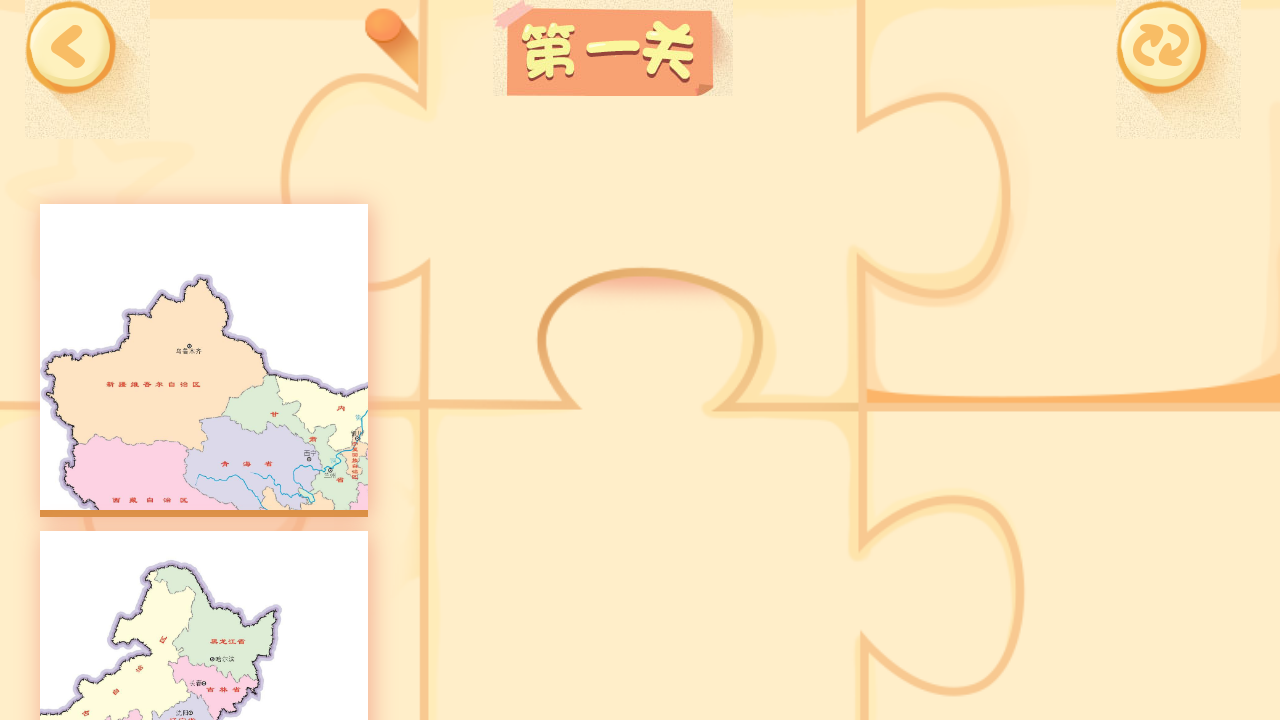
Repository: RedrockTeam/China-map-puzzle
Page: /#/first
The author's editor kept a copy of each file at every save. The page is drawn from the files as they stood at one save, then again after the next save.
The browser window is 1280 px wide. The pictures show the whole page.
Some web fonts or font styles are not loaded; a fallback is used. The project was rebuilt for these pictures with package versions that can differ from the ones it lists, and the page was loaded fresh each time. Also part of the build but not shown: vue.config.js, src/network/request.js, src/views/home.vue, src/views/pass.vue, src/components/dialog.vue.

Above is the page before, as saved 2019-09-24 23:22:42.

### public/index.html
<!DOCTYPE html>
<html lang="en">

<head>
  <meta charset="utf-8">
  <meta http-equiv="X-UA-Compatible" content="IE=edge">
  <meta name="viewport" content="width=device-width,initial-scale=1.0">
  <link rel="icon" href="<%= BASE_URL %>favicon.ico">
  <title>puzzle-game</title>
</head>

<body>
  <noscript>
    <strong>We're sorry but my doesn't work properly without JavaScript enabled. Please enable it to continue.</strong>
  </noscript>
  <div id="app"></div>
  <!-- built files will be auto injected -->


 </body>
</html>

### src/main.js
import Vue from 'vue'
import App from './App.vue'
import router from './router'
import store from './store'
// import ApiService from './common/service/api'

import './assets/styles/common.css'
import './assets/font/font.css'

// Vue.config.productionTip = false

// ApiService.init()

new Vue({
  router,
  store,
  render: h => h(App)
}).$mount('#app')

### src/App.vue
<template>
  <div>
    <router-view></router-view>
  </div>
</template>

<script>
export default {
  name: 'App',
  data() {
    return {};
  }
};
</script>
<style>
</style>

### src/router/index.js
import Vue from 'vue'
import Router from 'vue-router'
import Home from '../views/home.vue'
import Result from '../views/result.vue'
import Pass from '../views/pass.vue'
import Button from '../components/dialog.vue'
import First from '../views/first.vue'


Vue.use(Router)

export default new Router({
  routes: [{
    path: '/',
    redirect: '/home'
  },
  {
    path: '/home',
    name: 'home',
    component: Home,
  },
  {
    path: '/pass',
    name: 'pass',
    component: Pass,
  },
  {
    path: '/result',
    name: 'result',
    component: Result,
  },
  {
    path: '/button',
    name: 'button',
    component: Button,
  },
  {
    path: '/first',
    name: 'first',
    component: First
  }


  ]


})

### src/store/index.js
import Vue from 'vue'
import Vuex from 'vuex'
import {
  isContext
} from 'vm';

Vue.use(Vuex)

export default new Vuex.Store({
  state: {
    time: {
      minute: 0,
      second: 0,
      millisecond: 0,
      timecount: '00:00:00',
    },
  },
  mutations: {
    //开始
    start() {
      var that = this;
      //停止（暂停）
      clearInterval(time);
      //时间重置
      that.setData({
        minute: 0,
        second: 0,
        millisecond: 0,
      })
      time = setInterval(function () {
        that.timer()
      }, 50);
      time = () => {
        that.timer()
      }
    },
    //停止
    stop() {
      var that = this
      clearInterval(intt);
      that.setData({
        minute: 0,
        second: 0,
        millisecond: 0,
        timecount: '00:00:00',
      })
    },
    timer() {
      var that = this;
      console.log(that.data.millisecond)
      that.setData({
        millisecond: that.data.millisecond + 5
      })
      if (that.data.millisecond >= 100) {
        that.setData({
          millisecond: 0,
          second: that.data.second + 1
        })
      }
      if (that.data.second >= 60) {
        that.setData({
          second: 0,
          minute: that.data.minute + 1
        })
      }
      that.setData({
        timecount: that.data.minute + ":" + that.data.second + ":" + that.data.millisecond
      })
    },
  },
  actions: {
    // time = setInterval(function () {
    //   context.commit('time')
    // }, 50)
  }
})

### src/assets/styles/common.css
/* global */
* {
    margin: 0;
    padding: 0;
}

html {
    overflow-y: scroll;
    overflow-x: hidden;

}

html,
body {
    width: 100%;
}

a {
    text-decoration: none;
    text-align: center;
    cursor: pointer;
    color: black;
    outline: none;
}

a:hover {
    text-decoration: underline;
}

ul,
ol {
    list-style: none;
}

.clear {
    clear: both;
}

### src/assets/font/font.css
@font-face {
    font-family: "Tanuki";
    font-weight: normal;
    font-style: normal;
    src: url('./Tanuki.ttf') format('truetype');
}

@font-face {
    font-family: "Cotton";
    font-weight: normal;
    font-style: normal;
    src: url('./cotton.ttf') format('truetype');
}

### src/views/result.vue
<template>
  <div class="bg">
    <div class="head">
      <div class="back"></div>
      <div class="title"></div>
      <div class="front"></div>
    </div>

    <div class="contain">
      <div class="score">
        <div>
          <p>
            <span class="clock"></span>
            <span class="word">我的时间：</span>
          </p>
          <p>
            <i class="grade"></i>
            <span class="word">我的成绩：</span>
          </p>
        </div>
      </div>
      <div class="list">
        <p class="list_item first">
          <span class="icon"></span>
          <span class="nickname">这是我的昵称</span>
          <span class="time">10s</span>
        </p>
        <p class="list_item second">
          <span class="icon"></span>
          <span class="nickname">这是我的昵称</span>
          <span class="time">10s</span>
        </p>
        <p class="list_item third">
          <span class="icon"></span>
          <span class="nickname">这是我的昵称</span>
          <span class="time">10s</span>
        </p>
        <p class="list_item">
          <span class="normal">4</span>
          <span class="nickname">这是我的昵称</span>
          <span class="time">10s</span>
        </p>
        <p class="list_item">
          <span class="normal">4</span>
          <span class="nickname">这是我的昵称</span>
          <span class="time">10s</span>
        </p>
      </div>
    </div>
    <div class="line"></div>
  </div>
</template>

<style>
.bg {
  position: absolute;
  top: 0;
  left: 0;
  height: 100%;
  width: 100%;
  background: url("../assets/img/pass/background.png");
  background-size: cover;
}
.head {
  display: flex;
  margin-top: 60px;
  margin-left: 50px;
}

.back {
  background: url("../assets/img/ranking/back.png");
  width: 93px;
  height: 97px;
  background-size: cover;
  margin-right: 120px;
}
.title {
  background: url("../assets/img/ranking/ranking_title.png") no-repeat;
  width: 260px;
  height: 200px;
  background-size: 100%;
  margin-left: -40px;
}
.front {
  background: url("../assets/img/ranking/front.png");
  width: 93px;
  height: 97px;
  background-size: cover;
  margin-left: 80px;
}

.contain {
  width: 650px;
  height: 850px;
  background: #ffae72;
  margin: -15px auto 0;
}

.score {
  width: 617px;
  height: 206px;
  background: url("../assets/img/ranking/result.png");
  background-size: cover;
  padding-top: 40px;
}
.score div {
  margin-top: 20px;
  margin-left: 20px;
}

.word {
  letter-spacing: 5px;
}

.score p {
  color: #ffae72;
  font-weight: bold;
  font-size: 35px;
  padding-top: 20px;
  margin: 0 auto;
  width: 250px;
  margin-left: 50px;
  margin-top: 10px;
}

.clock,
.grade {
  width: 29px;
  height: 29px;
  display: inline-block;
  margin-right: 10px;
}
.clock {
  background: url("../assets/img/ranking/clock.png") no-repeat;
  background-size: cover;
}
.grade {
  background: url("../assets/img/ranking/list.png") no-repeat;
  background-size: cover;
}
.list {
  height: 520px;
  overflow: auto;
  margin-top: 20px;
}
::-webkit-scrollbar {
  display: none;
}
.list_item {
  background: url("../assets/img/ranking/box.png");
  width: 580px;
  height: 125px;
  background-size: cover;
  margin-left: 50px;
  display: flex;
}
.icon {
  display: inline-block;
  width: 81px;
  height: 82px;
  margin: 15px 35px;
}
.first .icon {
  background: url("../assets/img/ranking/first.png");
  background-size: cover;
}
.second .icon {
  background: url("../assets/img/ranking/second.png");
  background-size: cover;
}
.third .icon {
  background: url("../assets/img/ranking/third.png");
  background-size: cover;
}
.nickname {
  color: #ffae72;
  font-size: 35px;
  font-weight: bold;
  display: inline-block;
  margin-top: 30px;
  font-family: Tanuki;
}
.time,
.normal {
  margin-left: auto;
  margin-right: 80px;
  font-weight: bold;
  display: inline-block;
  margin-top: 20px;
  color: #ff7b5c;
  font-size: 50px;
}

.line {
  width: 570px;
  height: 36px;
  background: url("../assets/img/ranking/line.png");
  background-size: cover;
  margin-left: 100px;
  margin-top: -50px;
}
</style>

<script>
export default {};
</script>

### src/views/first.vue
<template>
  <div class="game">
    <div class="header">
      <div class="back_shadow">
        <div class="back"></div>
      </div>
      <div class="title">
        <img src="../assets/img/game/one.png" />
      </div>
      <div class="refresh_shadow">
        <div class="refresh"></div>
      </div>
    </div>
    <div class="main" ref="main">
      <div class="piece chosen first" ref="pic"></div>
      <div class="piece second" ref="pic"></div>
      <div class="piece third" ref="pic"></div>
      <div class="piece four" ref="pic"></div>
    </div>
    <div class="showpic_shadow">
      <div class="showpic">长按可看3s原图</div>
    </div>
  </div>
</template>

<script>
export default {
  data() {
    return {};
  },
  mounted() {
    this.moveImage();
  },
  methods: {
    moveImage() {
      let pics = this.$refs.main.children;
      let picWidth = pics[0].offsetWidth;
      let picHeight = pics[0].offsetHeight;
      let boxWidth = this.$refs.main.offsetWidth;
      let boxHeight = this.$refs.main.offsetHeight;
      console.log(picWidth, boxWidth);
      let dx, dy, newLeft, newTop;

      for (var i = 0; i < pics.length; i++) {
        pics[i].addEventListener("touchstart", function(e) {
          this.style.zIndex = 100;
          dx = e.targetTouches[0].pageX - this.offsetLeft; //记录触发拖拽的水平状态发生改变时的位置
          dy = e.targetTouches[0].pageY - this.offsetTop; //记录触发拖拽的垂直状态发生改变时的位置
          this.startX = this.offsetLeft; //记录当前初始状态水平发生改变时的位置
          this.startY = this.offsetTop; //offsetTop等取得的值与this.style.left获取的值区别在于前者不带px,后者带px
          this.style.transition = "all 0.5s ease 0s";
          console.log(this.startX);
        });

        pics[i].addEventListener("touchmove", function(e) {
          newLeft = e.targetTouches[0].pageX - dx; //记录拖拽的水平状态发生改变时的位置
          newTop = e.targetTouches[0].pageY - dy;
          console.log(this.style.left);

          if (newLeft <= -picWidth / 2) {
            //限制边界代码块，拖拽区域不能超出边界的一半
            newLeft = -picWidth / 2;
          } else if (newLeft >= boxWidth - picWidth / 2) {
            newLeft = boxWidth - picWidth / 2;
          }
          if (newTop <= -picHeight / 2) {
            newTop = -picWidth / 2;
          } else if (newTop >= boxHeight - picHeight / 2) {
            newTop = boxHeight - picHeight / 2;
          }

          this.style.left = newLeft + "px";
          console.log(this);
          this.style.top = newTop + "px"; //设置目标元素的left,top
        });

        pics[i].addEventListener("touchend", function(e) {
          this.style.zIndex = 0;
          console.log(this);
          this.style.transition = "all 0.5s ease 0s"; //添加css3动画效果
          this.endX = e.changedTouches[0].pageX - dx;
          this.endY = e.changedTouches[0].pageY - dy; //记录滑动结束时的位置，与进入元素对比，判断与谁交换
          var obj = change(e.target, this.endX, this.endY); //调用交换函数
          if (obj == e.target) {
            //如果交换函数返回的是自己
            obj.style.left = this.startX + "px";
            obj.style.top = this.startY + "px";
          } else {
            //否则
            var _left = obj.style.left;
            obj.style.left = this.startX + "px";
            console.log(this.startX);
            this.style.left = _left;
            var _top = obj.style.top;
            obj.style.top = this.startY + "px";
            this.style.top = _top;
            var _index = obj.getAttribute("data-index");
            obj.setAttribute("data-index", this.getAttribute("data-index"));
            this.setAttribute("data-index", _index); //交换函数部分，可提取
          }
        });
        pics[i].addEventListener("transitionend", function() {
          if (isSuccess()) {
            console.log("成功了！"); //此处监听事件有bug，会添加上多次事件。
          } else {
            // pic[i].removeEventListener('transitionend');
          }
        });

        function change(obj, x, y) {
          //交换函数，判断拖动元素的位置是不是进入到目标原始1/2，这里采用绝对值得方式
          for (var i = 0; i < pics.length; i++) {
            //还必须判断是不是当前原素本身。将自己排除在外
            if (
              Math.abs(pic[i].offsetLeft - x) <= picWidth / 2 &&
              Math.abs(pic[i].offsetTop - y) <= picHeight / 2 &&
              pic[i] != obj
            )
              return pic[i];

            console.log(pics[i]);
          }
          return obj; //返回当前
        }
      }
    }
  }
};
</script>
<style lang="scss" scoped>
.game {
  position: absolute;
  top: 0;
  left: 0;
  height: 100%;
  width: 100%;
  background: url("../assets/img/pass/background.png");
  background-size: cover;
  overflow: hidden;
  .header {
    width: 95%;
    height: 140px;
    margin: 0 auto 24px 25px;
    display: inline-flex;
    justify-content: space-between;
    .back_shadow {
      width: 125px;
      height: 139px;
      background-image: url("../assets/img/common/btn_sbg.jpg");
      background-repeat: no-repeat;
      background-position: 0% 0%;
      background-size: contain;
      .back {
        width: 92px;
        height: 95px;
        background-image: url("../assets/img/common/back.png");
        background-repeat: no-repeat;
        background-position: 0% 0%;
        background-size: contain;
      }
    }
    .title {
      width: 240px;
      height: 96px;
      background-image: url("../assets/img/game/title_bg.jpg");
      background-repeat: no-repeat;
      background-position: 0% 0%;
      background-size: contain;

      display: flex;
      justify-content: center;
      align-items: center;
      img {
        width: 54px;
        height: 17px;
      }
    }
    .refresh_shadow {
      width: 125px;
      height: 139px;
      background-image: url("../assets/img/common/btn_sbg.jpg");
      background-repeat: no-repeat;
      background-position: 0% 0%;
      background-size: contain;
      .refresh {
        width: 92px;
        height: 95px;
        background-image: url("../assets/img/common/refresh.png");
        background-repeat: no-repeat;
        background-position: 0% 0%;
        background-size: contain;
      }
    }
  }
  .main {
    width: 750px;
    height: 700px;
    position: relative;
    padding: 26px;
    // display: flex;
    flex-wrap: wrap;
    .piece {
      width: 328px;
      height: 306px;
      box-shadow: 2px 2px 24px #f3a98f;
      margin: 14px 14px 0 14px;
      position: float;
      border-bottom: 7px solid #a6492b;
      background: url("../assets/img/button/map.jpg");
    }
    .first {
      background-size: 200%;
      background-position-x: 0;
    }

    .second {
      background-position-x: 328px;
      background-size: 200%;
    }
    .third {
      background-position: 0 306px;
      background-size: 200%;
    }
    .four {
      background-position: 328px 306px;
      background-size: 200%;
    }
    .chosen {
      border-bottom: 7px solid #da8f43;
    }
  }
  .showpic_shadow {
    width: 560px;
    height: 173px;
    margin: 60px auto auto 154px;
    background-image: url("../assets/img/game/showpic_sbg.jpg");
    background-repeat: no-repeat;
    background-position: 0% 0%;
    background-size: contain;

    .showpic {
      width: 458px;
      height: 107px;
      background-image: url("../assets/img/game/showpic_bg.png");
      background-repeat: no-repeat;
      background-position: 0% 0%;
      background-size: contain;
      text-align: center;
      line-height: 107px;
      font-family: "Cotton";
      font-size: 50px;
      color: #fffcad;
    }
  }
}
</style>

After the next save:
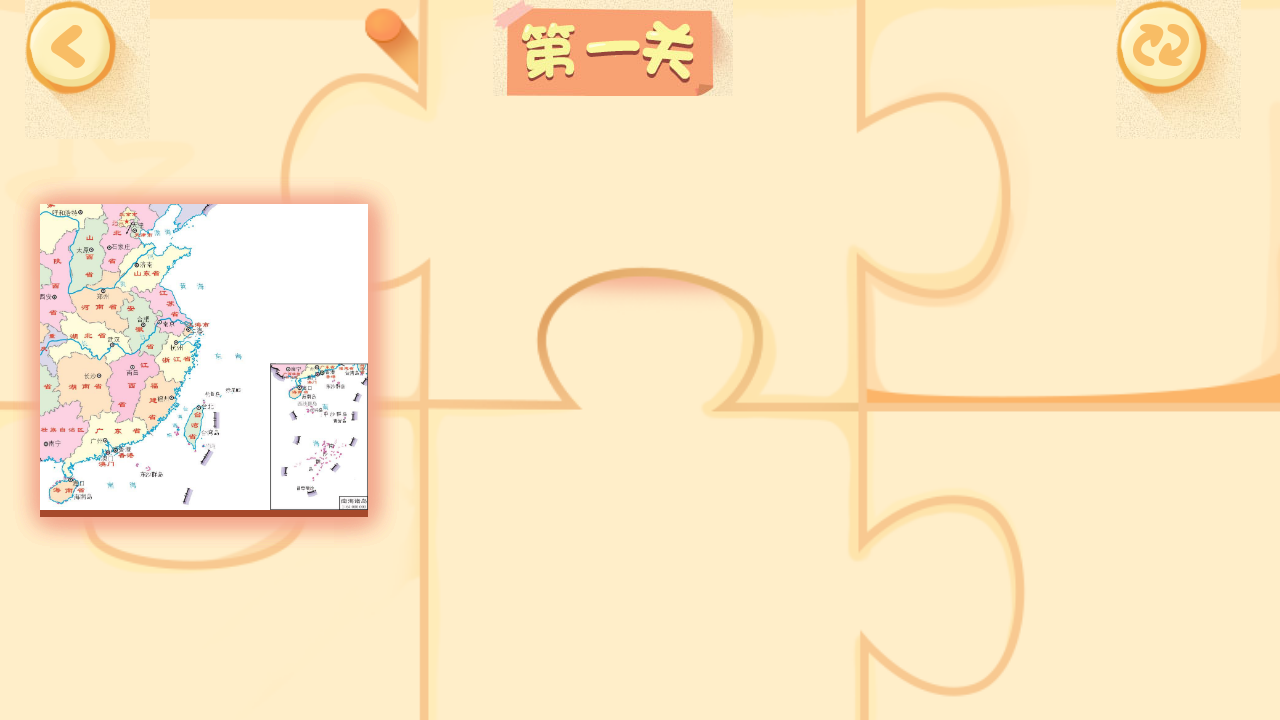
Saved 28 s later.
--- a/src/views/first.vue
+++ b/src/views/first.vue
@@ -204,7 +204,7 @@ export default {
       height: 306px;
       box-shadow: 2px 2px 24px #f3a98f;
       margin: 14px 14px 0 14px;
-      position: float;
+      position: absolute;
       border-bottom: 7px solid #a6492b;
       background: url("../assets/img/button/map.jpg");
     }
